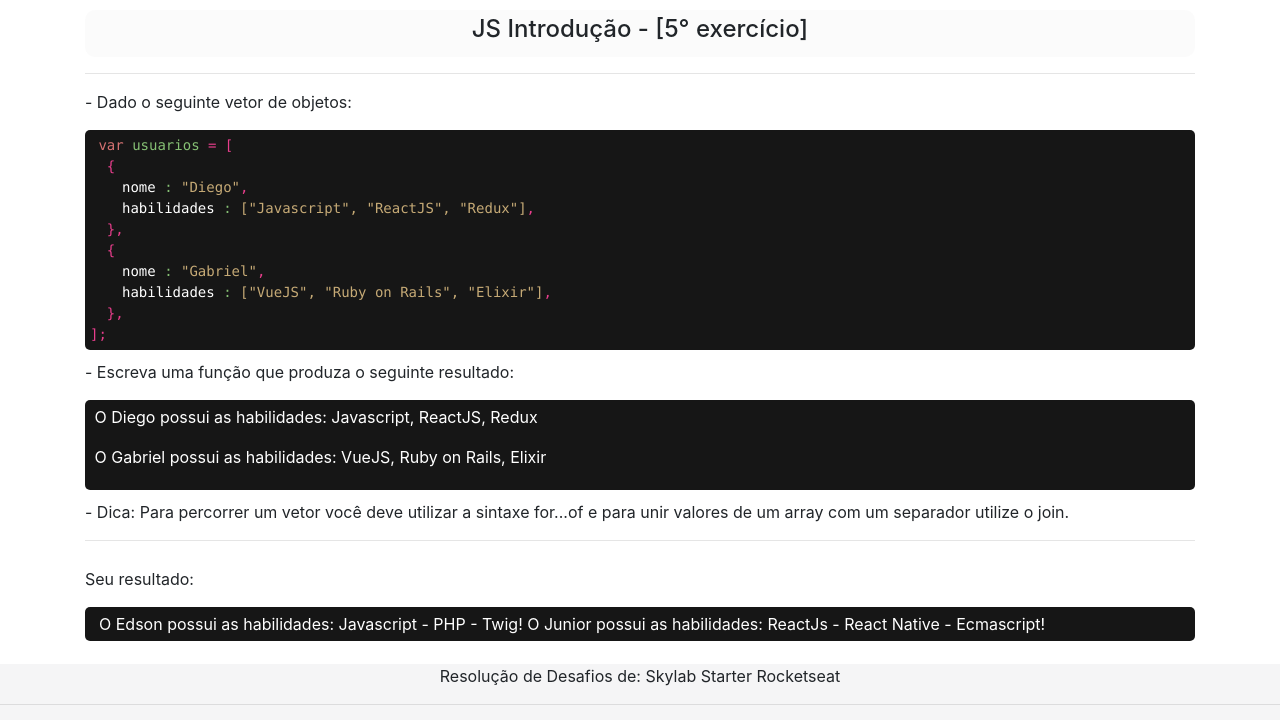
Repository: edsonjuniornarvaes/JS-Starter-Chalenge-Skylab
Page: introducao/exercicio-5/ex5.html
The author's editor kept a copy of each file at every save. The page is drawn from the files as they stood at one save, then again after the next save.
The browser window is 1280 px wide. The pictures show the whole page.

Above is the page before, as saved 2020-06-10 10:34:10.

### introducao/exercicio-5/ex5.html
<html>
    <header>
        <meta charset="utf-8">
        <link rel="stylesheet" type="text/css" href="../style.css">
        <link rel='stylesheet' href='https://cdnjs.cloudflare.com/ajax/libs/twitter-bootstrap/4.5.0/css/bootstrap.css'/>
    </header>
    <body id="myBody">
        <div class="container">
            <div class="title">
                <h4>JS Introdução - [5° exercício]</h4>
            </div>
            <hr>
            <p>- Dado o seguinte vetor de objetos:</p>

            <fieldset>
                <code>
                    <span class="var">&nbsp;var</span> <span class="nameObject">usuarios </span>= [<br>
                        &nbsp;&nbsp;{<br>
                        <span class="after enbsp">nome</span><span class="pontos"> : </span><span class="before">"Diego"</span>, <br>
                        <span class="after enbsp">habilidades</span><span class="pontos"> : </span><span class="before">["Javascript", "ReactJS", "Redux"]</span>, <br>
                        &nbsp;&nbsp;},<br>
                        &nbsp;&nbsp;{<br>
                        <span class="after enbsp">nome</span><span class="pontos"> : </span><span class="before">"Gabriel"</span>, <br>
                        <span class="after enbsp">habilidades</span><span class="pontos"> : </span><span class="before">["VueJS", "Ruby on Rails", "Elixir"]</span>, <br>
                        &nbsp;&nbsp;},<br>
                        ];
                </code>
            </fieldset>
            <p>- Escreva uma função que produza o seguinte resultado:</p>
            <fieldset>
                <p>&nbsp;O Diego possui as habilidades: Javascript, ReactJS, Redux</p>
                <p>&nbsp;O Gabriel possui as habilidades: VueJS, Ruby on Rails, Elixir</p>
            </fieldset>
            <p>- Dica: Para percorrer um vetor você deve utilizar a sintaxe for...of e para unir valores de um array
                com um separador utilize o join.</p>
            <hr>
            <div class="row" id="atv5">

            </div>
            <p>Seu resultado:</p>
            <fieldset>
                <div id="setArr">
                    &nbsp;
                </div>
            </fieldset>
        </div>
    </body>
    <footer>Resolução de Desafios de: Skylab Starter Rocketseat<hr></footer>
    <script src="ex5.js"></script>
</html>

### introducao/style.css
fieldset {
    background-color: rgb(22, 22, 22);
    color: white;
    border-radius: 5px;
    padding: 5px!important;
    margin-bottom: 10px!important;
}

.dica {
    color: rgb(202, 25, 25);
}

.nameObject, .pontos {
    color: rgb(134, 192, 116);
}

.after, .txtCode {
    color: white;
}

.before {
    color: rgb(198, 170, 118);
}

.var {
    color: rgb(214, 114, 114);
}

.title {
    background: #dcdddd21;
    text-align: center;
    margin-top: 10px!important;
    padding: 5px;
    border-radius: 10px;
}

footer {
    text-align: center;
    background: #545b620f;
    width: 100%;
    height: 56px;
    position: absolute;
    bottom: 0px;
    left: 0;
}

button {
    margin-left: 5px!important;
}

.row {
    margin-bottom: 10px;
    margin-left: 0.1rem!important;
}

.enbsp {
    margin-left: 2rem;
}

### introducao/exercicio-5/ex5.js
// Exercícios: Módulo 01
(function () {

    let setArr = document.getElementById('setArr');

    var usuarios = [
      {
        nome: "Edson",
        habilidades: ["Javascript", "PHP", "Twig"]
      },
      {
        nome: "Junior",
        habilidades: ["ReactJs", "React Native", "Ecmascript"]
      }
    ]

    for(var i = 0; i <usuarios.length; i++) {
      console.log(usuarios[i]);
    }

    usuarios.forEach(params => {
      let insertDate = document.createTextNode(`O ${params.nome} possui as habilidades: ${params.habilidades.join(' - ')}! `);
      setArr.appendChild(insertDate);
    });

  })();

After the next save:
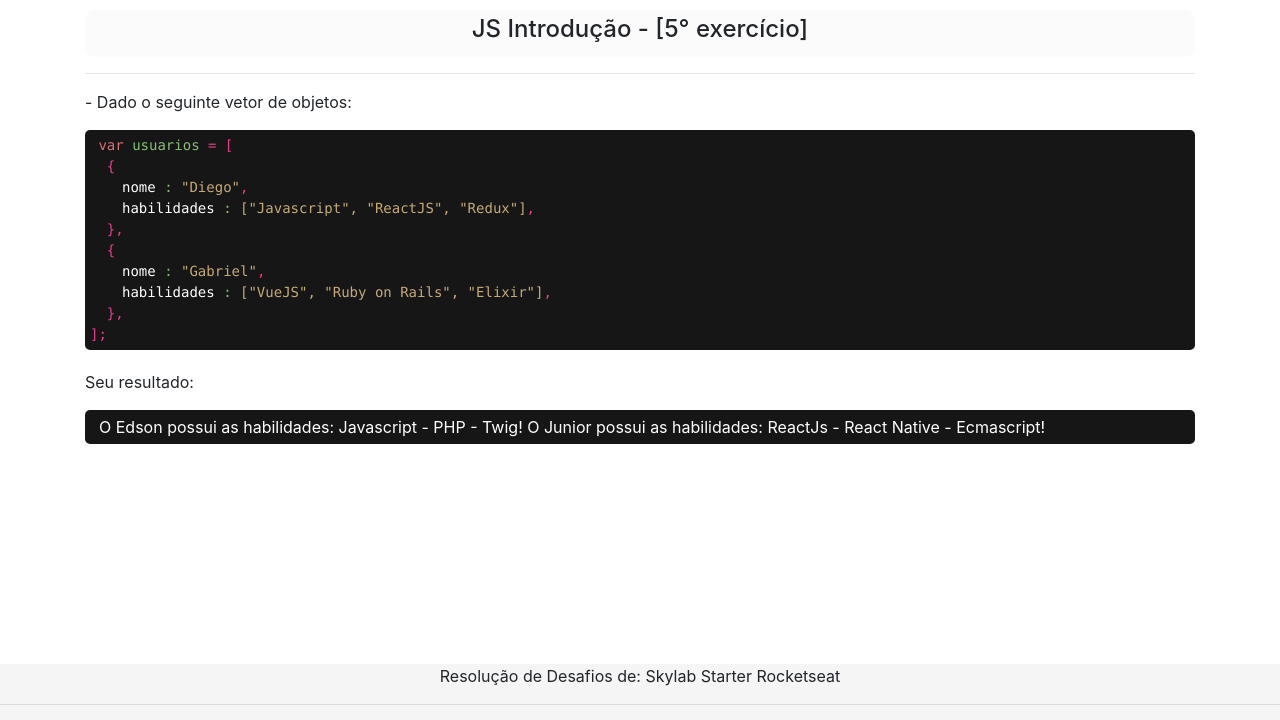
Saved 56 s later.
--- a/introducao/exercicio-5/ex5.html
+++ b/introducao/exercicio-5/ex5.html
@@ -26,14 +26,7 @@
                         ];
                 </code>
             </fieldset>
-            <p>- Escreva uma função que produza o seguinte resultado:</p>
-            <fieldset>
-                <p>&nbsp;O Diego possui as habilidades: Javascript, ReactJS, Redux</p>
-                <p>&nbsp;O Gabriel possui as habilidades: VueJS, Ruby on Rails, Elixir</p>
-            </fieldset>
-            <p>- Dica: Para percorrer um vetor você deve utilizar a sintaxe for...of e para unir valores de um array
-                com um separador utilize o join.</p>
-            <hr>
+
             <div class="row" id="atv5">
 
             </div>

After the save that followed:
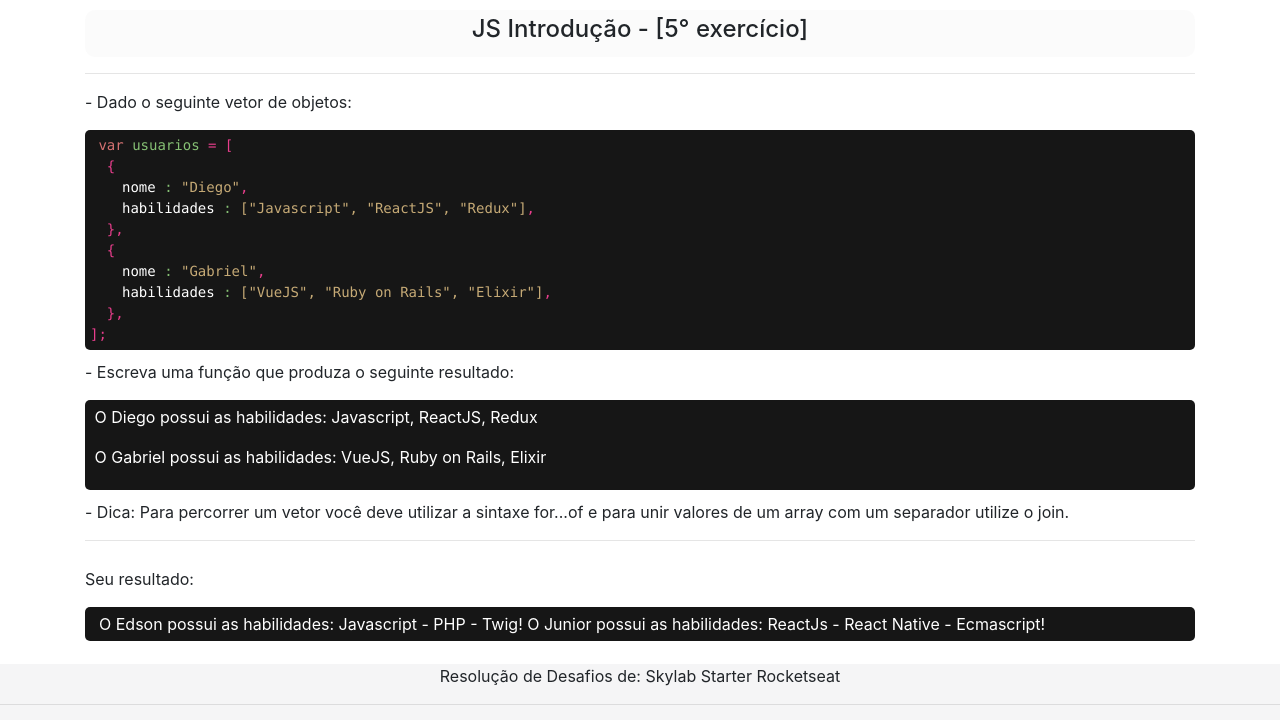
Saved 12 s later.
--- a/introducao/exercicio-5/ex5.html
+++ b/introducao/exercicio-5/ex5.html
@@ -26,7 +26,14 @@
                         ];
                 </code>
             </fieldset>
-
+            <p>- Escreva uma função que produza o seguinte resultado:</p>
+            <fieldset>
+                <p>&nbsp;O Diego possui as habilidades: Javascript, ReactJS, Redux</p>
+                <p>&nbsp;O Gabriel possui as habilidades: VueJS, Ruby on Rails, Elixir</p>
+            </fieldset>
+            <p>- Dica: Para percorrer um vetor você deve utilizar a sintaxe for...of e para unir valores de um array
+                com um separador utilize o join.</p>
+            <hr>
             <div class="row" id="atv5">
 
             </div>
